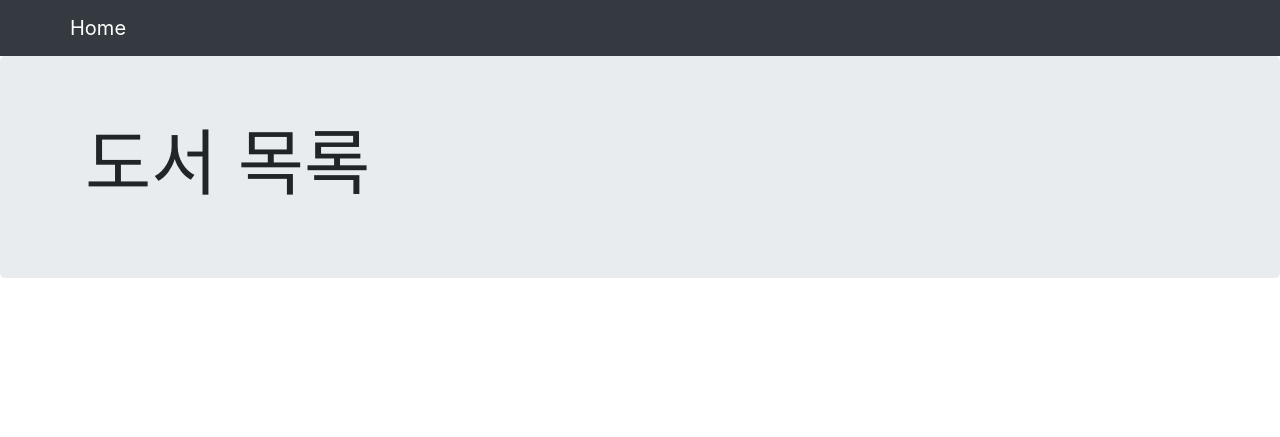
Repository: CheolHo-0428/JSP-Web-Programming
Page: http://localhost/BookMarket/books.jsp
The author's editor kept a copy of each file at every save. The page is drawn from the files as they stood at one save, then again after the next save.
The browser window is 1280 px wide. The pictures show the whole page.
The page is served by Tomcat 9.

Above is the page before, as saved 2021-05-09 08:20:41.

After the next save:
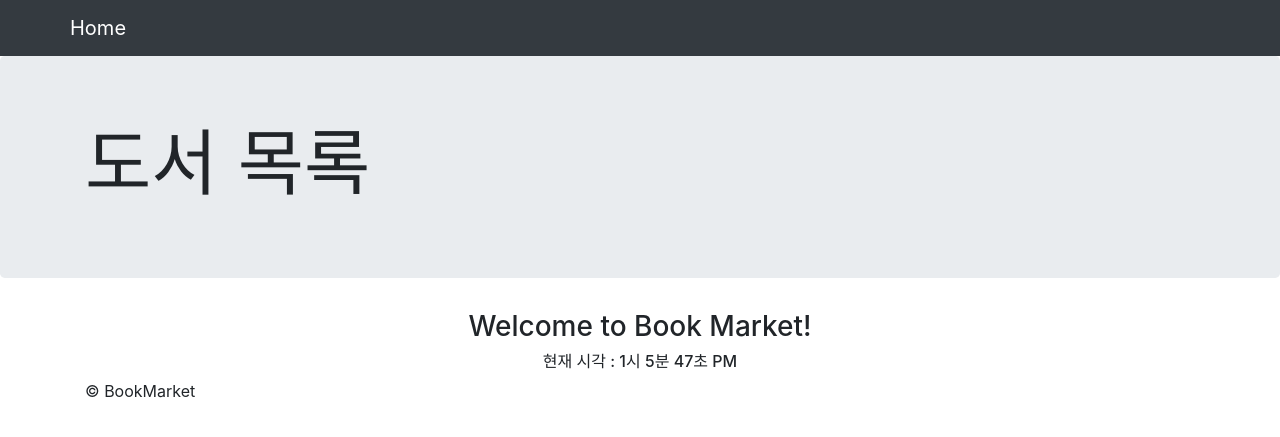
Saved 66 s later.
--- a/BookMarket/src/main/webapp/books.jsp
+++ b/BookMarket/src/main/webapp/books.jsp
@@ -14,10 +14,13 @@
     	rel="stylesheet">
 <body>
 	<jsp:include page="menu.jsp"></jsp:include>
+
 	<div class = "jumbotron">
 		<div class = "container">
 			<h1 class = "display-3">도서 목록</h1>
 		</div>
 	</div>
+
+	<jsp:include page="footer.jsp"></jsp:include>
 </body>
 </html>
